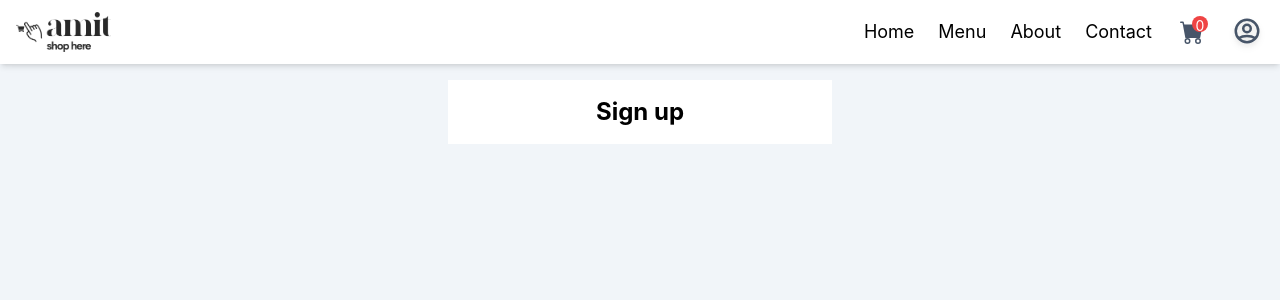
Repository: Lehuyhuynh/Web_ban_hoa_qua
Page: /signup (app in frontend/)
An editor plug-in stored every save of this project. The page is shown before and after the next save, followed by the edit.
The browser window is 1280 px wide. The pictures show the whole page.
The project was rebuilt for these pictures with package versions that can differ from the ones it lists, and the page was loaded fresh each time. Also part of the build but not shown: frontend/src/page/Home.js, frontend/src/page/Menu.js, frontend/src/page/About.js, frontend/src/page/Contact.js, frontend/src/page/login.js, frontend/src/page/Newproduct.js.

Above is the page before, as saved 2024-01-02 15:30:46.

### frontend/src/index.js
import React from "react";
import ReactDOM from "react-dom/client";
import "./index.css";
import App from "./App";
import reportWebVitals from "./reportWebVitals";
import {
  createBrowserRouter,
  createRoutesFromElements,
  Route,
  RouterProvider,
} from "react-router-dom";

import Home from "./page/Home";
import Menu from "./page/Menu";
import About from "./page/About";
import Contact from "./page/Contact";
import Login from "./page/login";
import NewProduct from "./page/Newproduct";
import Signup from "./page/Signup";

const router = createBrowserRouter(
  createRoutesFromElements(
    <Route path="/" element={<App />}>
      <Route index element={<Home />} />
      <Route path="menu" element={<Menu />} />
      <Route path="about" element={<About />} />
      <Route path="contact" element={<Contact />} />
      <Route path="login" element={<Login />} />
      <Route path="newproduct" element={<NewProduct />} />
      <Route path="signup" element={<Signup />} />
    </Route>
  )
);

const root = ReactDOM.createRoot(document.getElementById("root"));
root.render(<RouterProvider router={router} />);

// If you want to start measuring performance in your app, pass a function
// to log results (for example: reportWebVitals(console.log))
// or send to an analytics endpoint. Learn more: https://bit.ly/CRA-vitals
reportWebVitals();

### frontend/src/App.js
import Header from "./component/Header";
import { Outlet } from "react-router-dom";
function App() {
  return (
    <>
      <div>
        <Header />
        <main className="pt-16 bg-slate-100 min-h-[calc(100vh)]">
          <Outlet />
        </main>
      </div>
    </>
  );
}

export default App;

### frontend/src/page/Signup.js
import React from "react";

const Signup = () => {
  return (
    <div className="p-3 md:p-4">
      <div className="w-full max-w-sm bg-white m-auto flex  flex-col p-4">
        <h1 className="text-center text-2xl font-bold">Sign up</h1>
      </div>
    </div>
  );
};

export default Signup;

### frontend/src/component/Header.js
import logo from "../assest/logo .png";
import { Link } from "react-router-dom";
import { HiOutlineUserCircle } from "react-icons/hi";
import { BsCartFill } from "react-icons/bs";
import { useState } from "react";
function Header() {
  const [showMenu, setShowMenu] = useState(false);
  const handleShowMenu = () => {
    setShowMenu((preve) => !preve);
  };
  return (
    <header className="fixed shadow-md w-full h-16 px-2 md:px-4 z-50 bg-white">
      {/* desktop */}

      <div className="flex items-center h-full justify-between">
        <Link to={""}>
          <div className="h-10">
            <img src={logo} className="h-full" />
          </div>
        </Link>

        <div className="flex items-center gap-4 md:gap-7">
          <nav className="gap-4 md:gap-6 text-base md:text-lg hidden md:flex">
            <Link to={""}> Home</Link>
            <Link to={"menu"}> Menu</Link>
            <Link to={"about"}> About</Link>
            <Link to={"contact"}>Contact</Link>
          </nav>

          <div className="text-2xl text-slate-600 relative">
            <BsCartFill />
            <div className="absolute -top-1 -right-1 text-white bg-red-500 h-4 w-4 rounded-full m-0 p-0 text-sm text-center">
              0
            </div>
          </div>
          <div className=" text-slate-600" onClick={handleShowMenu}>
            <div className="text-3xl cursor-pointer w-8 h-8 rounded-full overflow-hidden drop-shadow-md">
              <HiOutlineUserCircle />
            </div>

            {showMenu && (
              <div className="absolute right-2 bg-white py-2  shadow drop-shadow-md flex flex-col min-w-[120px] text-center">
                <Link
                  to={"newproduct"}
                  className="whitespace-nowrap cursor-pointer px-2"
                >
                  New product
                </Link>
                <Link
                  to={"login"}
                  className="whitespace-nowrap cursor-pointer px-2"
                >
                  Login
                </Link>
              </div>
            )}
          </div>
        </div>
      </div>
    </header>
  );
}
export default Header;

Loaded but not shown: frontend/public/index.html (common file); frontend/src/index.css (common file); frontend/src/reportWebVitals.js (common file); frontend/tailwind.config.js (common file)

After the next save:
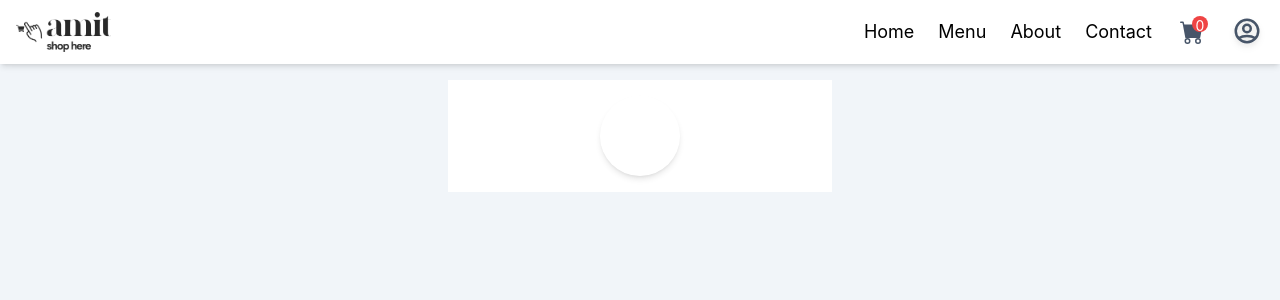
Saved 74 s later.
--- a/frontend/src/page/Signup.js
+++ b/frontend/src/page/Signup.js
@@ -4,7 +4,11 @@
   return (
     <div className="p-3 md:p-4">
       <div className="w-full max-w-sm bg-white m-auto flex  flex-col p-4">
-        <h1 className="text-center text-2xl font-bold">Sign up</h1>
+        {/* <h1 className="text-center text-2xl font-bold">Sign up</h1> */}
+
+        <div className="w-20 h-20 overflow-hidden rounded-full drop-shadow-md shadow-md m-auto relative ">
+          <img src="" alt="" />
+        </div>
       </div>
     </div>
   );
